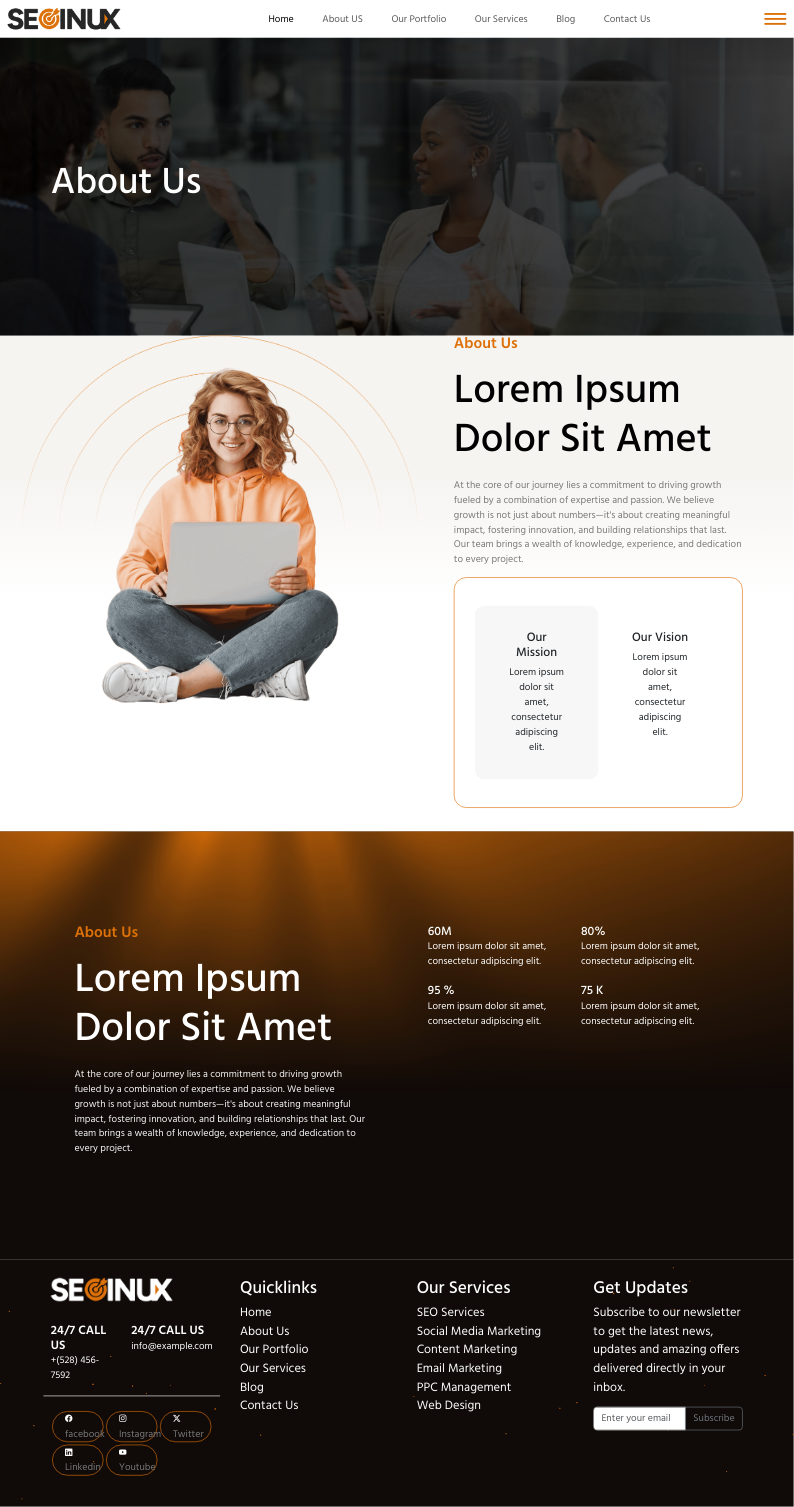
Repository: tagnam/seoinox
Page: about.html
These files come from the project's save history. The page is drawn as it stood at one moment and after the next save; the edit follows.
The browser window is 1280 px wide. The pictures show the whole page, at 62% of full size.
Backgrounds fixed to the window are drawn as part of the page.

Above is the page before, as saved 2025-02-26 10:55:08.

After the next save:
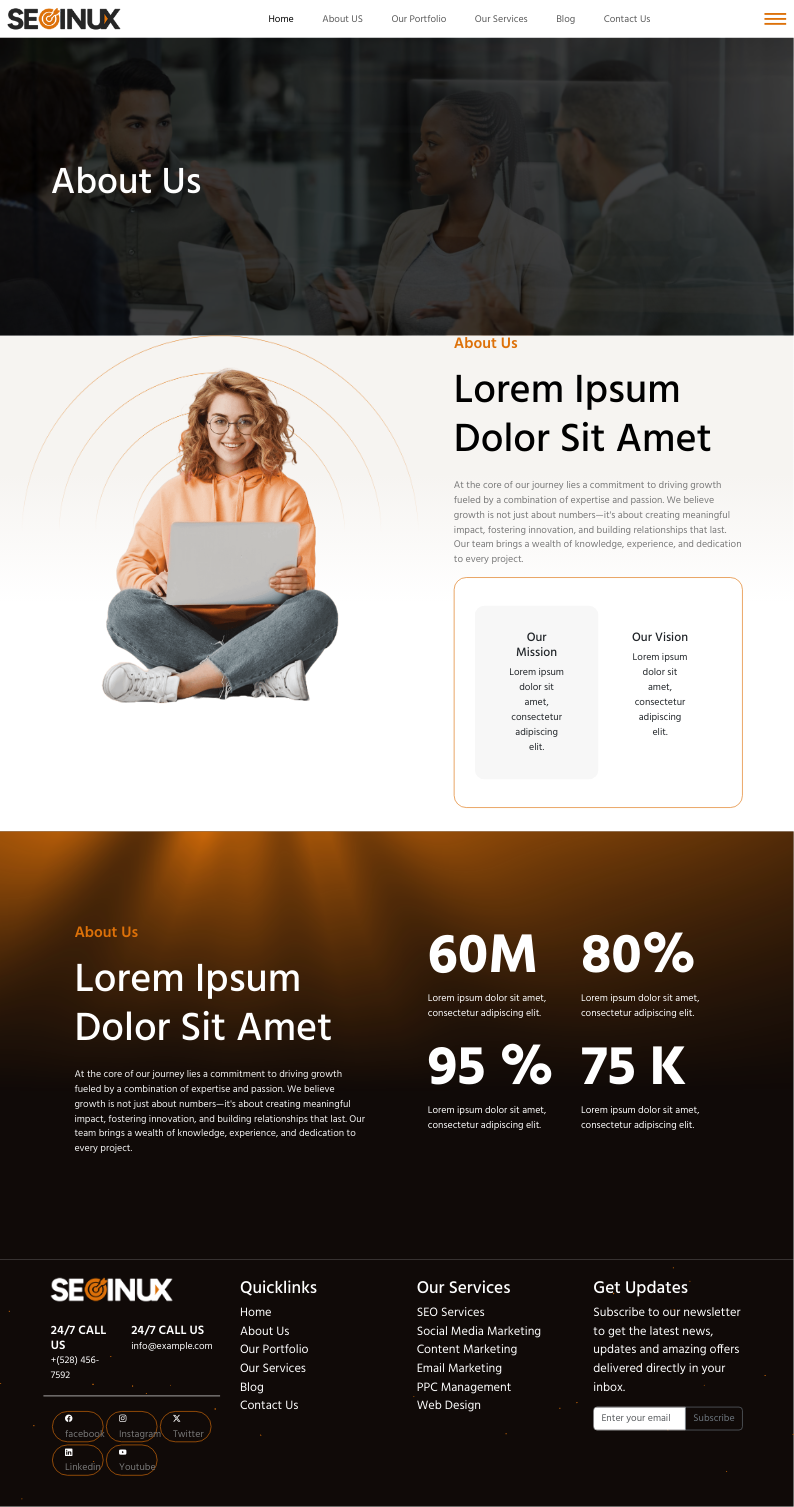
Saved 4 s later.
--- a/style/css/style.css
+++ b/style/css/style.css
@@ -505,7 +505,10 @@ div.service-card{
 }
 
 .choice-num{
-
+    font-size: 90px;
+    font-weight: 700;
+    color: #ffffff;
+    transition: all 0.3s;
 }
 
 /* <!--====================================== end about page  ============================--> */
